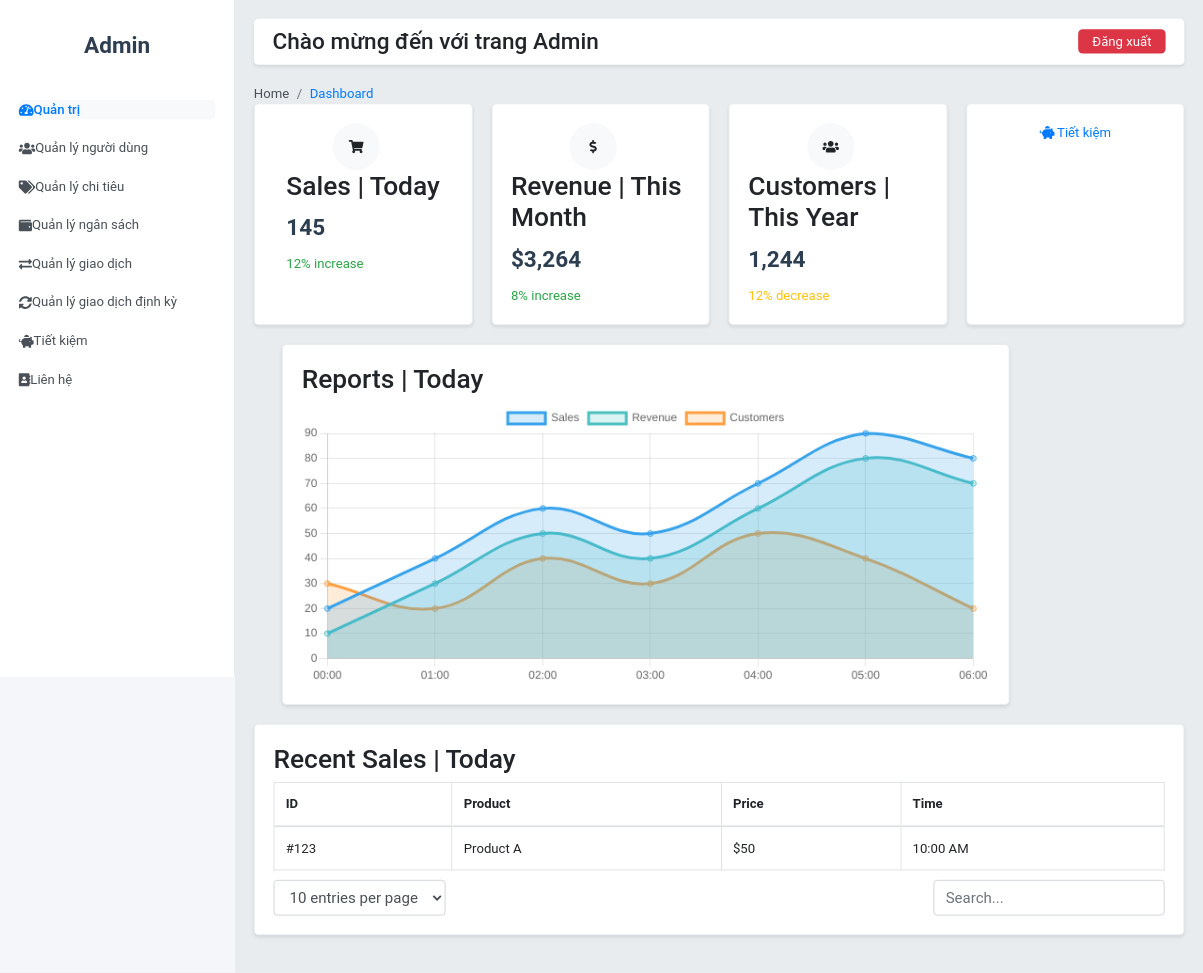
Repository: PhanVanHoa051204/Project3
Page: http://localhost/Project3/dashboard.jsp
The author's editor kept a copy of each file at every save. The page is drawn from the files as they stood at one save, then again after the next save.
The browser window is 1280 px wide. The pictures show the whole page, at 94% of full size.
The page is served by Tomcat 9. Other server files are loaded and not shown.

Above is the page before, as saved 2025-03-15 00:23:20.
Console error: TypeError: Cannot read properties of null (reading 'getContext')

### PhanVanHoa_2210900023_K22CNT1/Project3/src/main/webapp/dashboard.jsp
<%@ page language="java" contentType="text/html; charset=UTF-8"
	pageEncoding="UTF-8"%>
<!DOCTYPE html>
<html lang="en">
<head>
<meta charset="UTF-8">
<meta name="viewport" content="width=device-width, initial-scale=1.0">
<title>Admin</title>
<link rel="stylesheet"
	href="https://cdn.jsdelivr.net/npm/bootstrap@4.5.3/dist/css/bootstrap.min.css">
<script src="https://cdn.jsdelivr.net/npm/chart.js"></script>
<script
	src="https://cdnjs.cloudflare.com/ajax/libs/font-awesome/5.15.4/js/all.min.js"></script>
<link rel="stylesheet" href="style.css">
<script src="https://cdn.jsdelivr.net/npm/chart.js"></script>
</head>
<body>
	<div class="container-fluid">
		<div class="row">
			<!-- Sidebar -->
			<div class="sidebar">
				<div class="logo">Admin</div>
				<ul>
					<li class="active"><a href="#"><i
							class="fas fa-tachometer-alt"></i> Quản trị</a></li>
					<li><a
						href="${pageContext.request.contextPath}/NguoiDung/users.jsp"><i
							class="fas fa-users"></i> Quản lý người dùng</a></li>
					<li><a
						href="${pageContext.request.contextPath}/ChiTieu/categories.jsp"><i
							class="fas fa-tags"></i> Quản lý chi tiêu</a></li>
					<li><a
						href="${pageContext.request.contextPath}/NganSach/budgets.jsp"><i
							class="fas fa-wallet"></i> Quản lý ngân sách</a></li>
					<li><a
						href="${pageContext.request.contextPath}/GiaoDich/transactions.jsp"><i
							class="fas fa-exchange-alt"></i> Quản lý giao dịch</a></li>
					<li><a
						href="${pageContext.request.contextPath}/GDDinhKy/recurringtransactions.jsp"><i
							class="fas fa-sync-alt"></i> Quản lý giao dịch định kỳ</a></li>
					<li><a
						href="${pageContext.request.contextPath}/TietKiem/goals.jsp"><i
							class="fas fa-piggy-bank"></i> Tiết kiệm</a></li>
					<li><a href="https://web.facebook.com/PhanHoa05122004"><i
							class="fas fa-address-book"></i> Liên hệ</a></li>
				</ul>
			</div>

			<!-- Main Content -->
			<div class="main-content">
				<header>
					<div class="">
						<h1>Chào mừng đến với trang Admin</h1>
					</div>
					<div class="submit-section">
						<a href="login.jsp" class="logout-btn">Đăng xuất</a>
					</div>
				</header>

				<!-- Dashboard Content -->
				<div class="dashboard-content">
					<nav aria-label="breadcrumb">
						<ol class="breadcrumb">
							<li class="breadcrumb-item"><a href="dashboard.jsp">Home</a></li>
							<li class="breadcrumb-item active" aria-current="page">Dashboard</li>
						</ol>
					</nav>

					<div class="cards">
						<div class="card stats-card">
							<div class="card-icon">
								<i class="fas fa-shopping-cart"></i>
							</div>
							<div class="card-content">
								<h3>Sales | Today</h3>
								<p class="stats-value">145</p>
								<span class="stats-change text-success">12% increase</span>
							</div>
						</div>
						<div class="card stats-card">
							<div class="card-icon">
								<i class="fas fa-dollar-sign"></i>
							</div>
							<div class="card-content">
								<h3>Revenue | This Month</h3>
								<p class="stats-value">$3,264</p>
								<span class="stats-change text-success">8% increase</span>
							</div>
						</div>
						<div class="card stats-card">
							<div class="card-icon">
								<i class="fas fa-users"></i>
							</div>
							<div class="card-content">
								<h3>Customers | This Year</h3>
								<p class="stats-value">1,244</p>
								<span class="stats-change text-warning">12% decrease</span>
							</div>
						</div>
						<div class="card stats-card">
							<div class="card-content">
								<a href="${pageContext.request.contextPath}/TietKiem/goals.jsp" class=""><i
									class="fas fa-piggy-bank"></i> Tiết kiệm</a>
							</div>
						</div>
					</div>

					<div class="col-md-11">
						<div class="col-md-11">
							<div class="chart-section">
								<h3>Reports | Today</h3>
								<canvas id="reportsChart"></canvas>
							</div>
						</div>

					</div>

					<div class="recent-sales">
						<h3>Recent Sales | Today</h3>
						<table class="table table-bordered">
							<thead>
								<tr>
									<th>ID</th>
									<th>Product</th>
									<th>Price</th>
									<th>Time</th>
								</tr>
							</thead>
							<tbody>
								<tr>
									<td>#123</td>
									<td>Product A</td>
									<td>$50</td>
									<td>10:00 AM</td>
								</tr>
							</tbody>
						</table>
						<div class="table-footer">
							<select class="form-control d-inline-block w-auto">
								<option>10 entries per page</option>
							</select> <input type="text"
								class="form-control d-inline-block w-auto ml-2"
								placeholder="Search...">
						</div>
					</div>
				</div>
			</div>
		</div>
	</div>

	<!-- Scripts -->
	<script>
		// Reports Chart
		const reportsCtx = document.getElementById('reportsChart').getContext(
				'2d');
		new Chart(reportsCtx, {
			type : 'line',
			data : {
				labels : [ '00:00', '01:00', '02:00', '03:00', '04:00',
						'05:00', '06:00' ],
				datasets : [ {
					label : 'Sales',
					data : [ 20, 40, 60, 50, 70, 90, 80 ],
					borderColor : 'rgba(54, 162, 235, 1)',
					backgroundColor : 'rgba(54, 162, 235, 0.2)',
					fill : true,
					tension : 0.4
				}, {
					label : 'Revenue',
					data : [ 10, 30, 50, 40, 60, 80, 70 ],
					borderColor : 'rgba(75, 192, 192, 1)',
					backgroundColor : 'rgba(75, 192, 192, 0.2)',
					fill : true,
					tension : 0.4
				}, {
					label : 'Customers',
					data : [ 30, 20, 40, 30, 50, 40, 20 ],
					borderColor : 'rgba(255, 159, 64, 1)',
					backgroundColor : 'rgba(255, 159, 64, 0.2)',
					fill : true,
					tension : 0.4
				} ]
			},
			options : {
				scales : {
					y : {
						beginAtZero : true
					}
				}
			}
		});

		// Budget Chart (Radar Chart)
		const budgetCtx = document.getElementById('budgetChart').getContext(
				'2d');
		new Chart(budgetCtx, {
			type : 'radar',
			data : {
				labels : [ 'Administration', 'Marketing', 'Development',
						'Sales', 'on Technology' ],
				datasets : [ {
					label : 'Allocated Budget',
					data : [ 65, 59, 80, 81, 56 ],
					backgroundColor : 'rgba(54, 162, 235, 0.2)',
					borderColor : 'rgba(54, 162, 235, 1)',
					borderWidth : 2
				}, {
					label : 'Actual Spending',
					data : [ 28, 48, 40, 19, 86 ],
					backgroundColor : 'rgba(75, 192, 192, 0.2)',
					borderColor : 'rgba(75, 192, 192, 1)',
					borderWidth : 2
				} ]
			},
			options : {
				scales : {
					r : {
						beginAtZero : true
					}
				}
			}
		});
	</script>
</html>

### PhanVanHoa_2210900023_K22CNT1/Project3/src/main/webapp/style.css
* {
    margin: 0;
    padding: 0;
    box-sizing: border-box;
    font-family: 'Roboto', sans-serif;
}

body {
    background-color: #f4f6f9;
    font-size: 14px;
    min-height: 100vh;
    overflow-x: hidden;
}

.container-fluid {
    padding: 0;
}

.row {
    margin: 0;
}

/* Sidebar */
.sidebar {
    width: 250px;
    background-color: #fff;
    padding: 20px 0;
    border-right: 1px solid #e9ecef;
    height: 100vh;
    position: fixed;
    top: 0;
    left: 0;
    overflow-y: auto;
    z-index: 1000;
}

.logo {
    font-size: 24px;
    font-weight: 700;
    color: #2c3e50;
    text-align: center;
    padding: 10px 0;
    margin-bottom: 20px;
}

.sidebar ul {
    list-style: none;
    padding: 0;
}

.sidebar ul li {
    padding: 10px 20px;
}

.sidebar ul li a {
    color: #495057;
    text-decoration: none;
    display: flex;
    align-items: center;
    transition: all 0.3s;
}

.sidebar ul li a i {
    margin-right: 10px;
}

.sidebar ul li.active a, .sidebar ul li a:hover {
    color: #007bff;
    background-color: #f8f9fa;
    border-radius: 5px;
}

.sidebar ul li.active a {
    font-weight: 500;
}

/* Main Content */
.main-content {
    margin-left: 250px;
    padding: 20px;
    flex: 1;
    min-height: 100vh;
    background-color: #e9ecef;
    overflow-y: auto;
    position: relative;
    z-index: 1;
}

header {
    display: flex;
    justify-content: space-between;
    align-items: center;
    margin-bottom: 20px;
    background: #fff;
    padding: 10px 20px;
    border-radius: 5px;
    box-shadow: 0 2px 4px rgba(0, 0, 0, 0.1);
    position: sticky;
    top: 0;
    z-index: 10;
}

header h1 {
    margin: 0;
    font-size: 24px;
}

.submit-section .logout-btn {
    padding: 5px 15px;
    background-color: #dc3545;
    color: #fff;
    text-decoration: none;
    border-radius: 5px;
}

.submit-section .logout-btn:hover {
    background-color: #c82333;
}

.dashboard-content {
    padding: 0;
}

.breadcrumb {
    background: transparent;
    padding: 0;
    margin: 0;
}

.breadcrumb-item a {
    color: #495057;
}

.breadcrumb-item.active {
    color: #007bff;
}

.cards {
    display: flex;
    justify-content: space-between;
    margin-bottom: 20px;
    gap: 20px;
    flex-wrap: wrap;
}

.card {
    background: #fff;
    border: 1px solid #e9ecef;
    border-radius: 5px;
    padding: 20px;
    box-shadow: 0 2px 4px rgba(0, 0, 0, 0.1);
    flex: 1;
    min-width: 200px;
    display: flex;
    align-items: center;
    transition: transform 0.3s;
}

.card:hover {
    transform: translateY(-5px);
}

.card-icon {
    width: 50px;
    height: 50px;
    background: #f8f9fa;
    border-radius: 50%;
    display: flex;
    align-items: center;
    justify-content: center;
    margin-right: 15px;
}

.card-icon i {
    font-size: 24px;
    color: #6c757d;
}

.card-content {
    flex: 1;
    text-align: left;
}

.stats-value {
    font-size: 24px;
    font-weight: 700;
    color: #2c3e50;
    margin: 10px 0;
}

.stats-change {
    font-size: 14px;
    display: block;
}

.text-success {
    color: #28a745;
}

.text-warning {
    color: #ffc107;
}

.chart-section {
    background: #fff;
    border: 1px solid #e9ecef;
    border-radius: 5px;
    padding: 20px;
    margin-bottom: 20px;
    box-shadow: 0 2px 4px rgba(0, 0, 0, 0.1);
}

.chart-section canvas {
    max-height: 300px;
    width: 100% !important; /* Đảm bảo canvas chiếm toàn bộ chiều rộng */
    height: auto !important; /* Tự động điều chỉnh chiều cao */
}

.recent-sales {
    background: #fff;
    border: 1px solid #e9ecef;
    border-radius: 5px;
    padding: 20px;
    margin-bottom: 20px;
    box-shadow: 0 2px 4px rgba(0, 0, 0, 0.1);
}

.table {
    margin-bottom: 0;
}

.table-footer {
    margin-top: 10px;
    display: flex;
    justify-content: space-between;
}

After the next save:
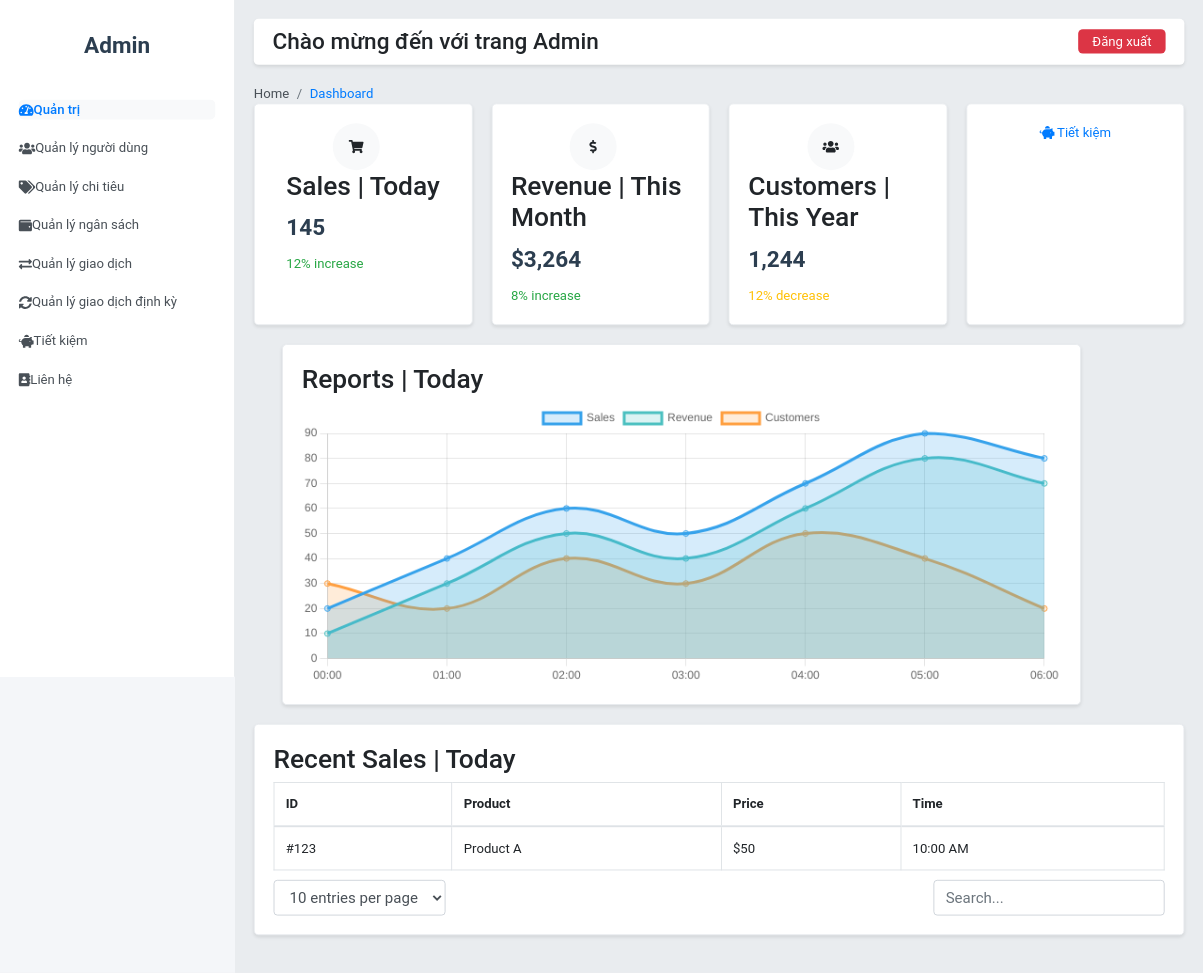
Saved 8 s later.
--- a/PhanVanHoa_2210900023_K22CNT1/Project3/src/main/webapp/dashboard.jsp
+++ b/PhanVanHoa_2210900023_K22CNT1/Project3/src/main/webapp/dashboard.jsp
@@ -105,7 +105,7 @@
 						</div>
 					</div>
 
-					<div class="col-md-11">
+					<div class="col-md-12">
 						<div class="col-md-11">
 							<div class="chart-section">
 								<h3>Reports | Today</h3>
